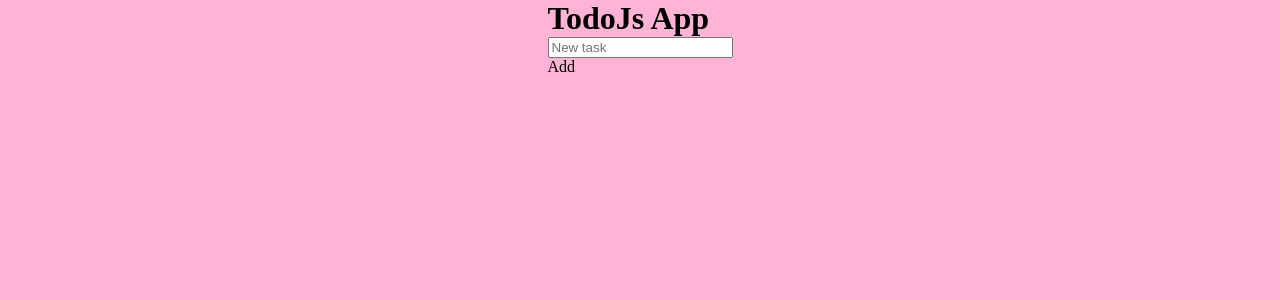
Repository: AlexandraYuhno/todo
Page: index.html
The author's editor kept a copy of each file at every save. The page is drawn from the files as they stood at one save, then again after the next save.
The browser window is 1280 px wide. The pictures show the whole page.

Above is the page before, as saved 2024-06-17 10:03:13.

### index.html
<!DOCTYPE html>
<html lang="en">
<head>
    <meta charset="UTF-8">
    <meta name="viewport" content="width=device-width, initial-scale=1.0">
    <title>TodoJs</title>
    <link rel="stylesheet" href="style.css">
</head>
<body>
    <div class="todo">
        <div class="todo__content">
            <h1 class="todo__title"> TodoJs App </h1>
            <div class="todo__new">
                <input type="text" placeholder="New task" id="new">
                <div class="todo__add" id="add">Add</div>
            </div>
        </div>

    </div>
    <script src="script.js"></script>
</body>
</html>

### style.css
*{
    margin: 0;
    box-sizing: border-box;
}

body{
    background-color: #ffb3d5;
    display: flex;
    justify-content: center;
}

Loaded but not shown: script.js (no copy from this time; the picture is the same without it)

After the next save:
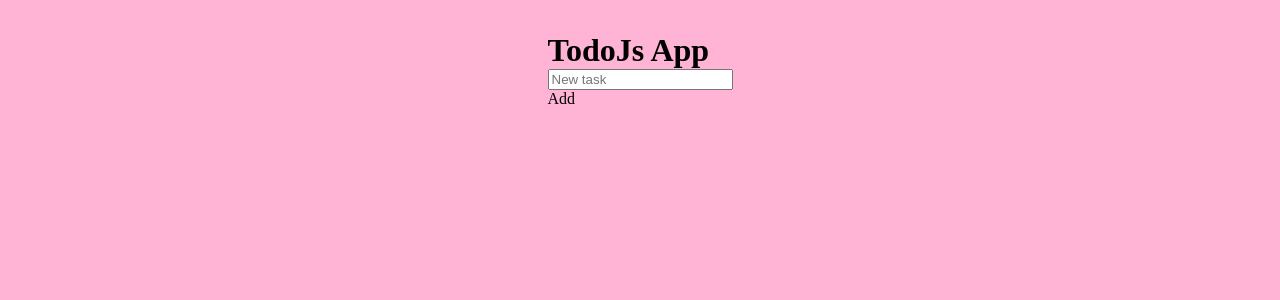
Saved 108 s later.
--- a/style.css
+++ b/style.css
@@ -7,4 +7,9 @@
     background-color: #ffb3d5;
     display: flex;
     justify-content: center;
+    padding: 32px;
 }
+
+.todo__new{
+
+}
